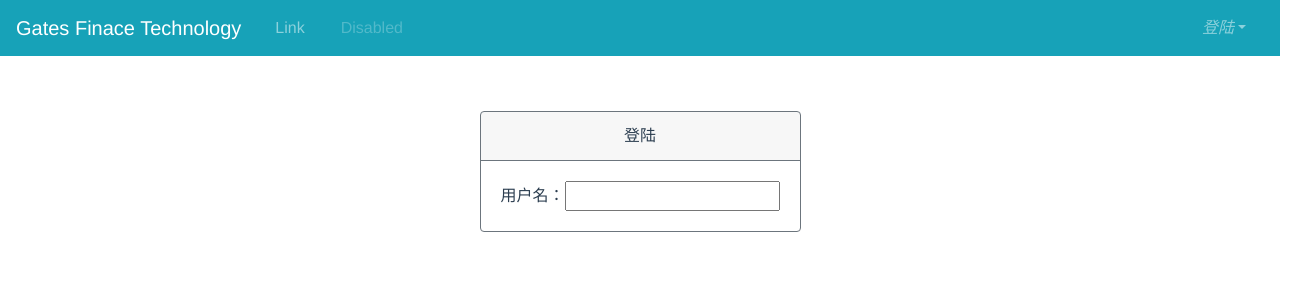
Repository: sqsssq/GatesFinace
Page: /login (app in webview/)
The author's editor kept a copy of each file at every save. The page is drawn from the files as they stood at one save, then again after the next save.
The browser window is 1280 px wide. The page is 1295 px wide, so the pictures cover 1295 px, including what lies to the right of the window. The pictures show the whole page.
The project was rebuilt for these pictures with package versions that can differ from the ones it lists, and the page was loaded fresh each time. Also part of the build but not shown: webview/src/components/HelloWorld.vue, webview/src/views/Home.vue, webview/src/components/gatesCarousel.vue, webview/src/views/main.vue.

Above is the page before, as saved 2020-11-03 16:22:43.

### webview/public/index.html
<!DOCTYPE html>
<html lang="en">
  <head>
    <meta charset="utf-8">
    <meta http-equiv="X-UA-Compatible" content="IE=edge">
    <meta name="viewport" content="width=device-width,initial-scale=1.0">
    <link rel="icon" href="<%= BASE_URL %>favicon.ico">
    <title><%= htmlWebpackPlugin.options.title %></title>
    <style>
      html, body{ margin:0; height:100%; }
    </style>
  </head>
  <body>
    <noscript>
      <strong>We're sorry but <%= htmlWebpackPlugin.options.title %> doesn't work properly without JavaScript enabled. Please enable it to continue.</strong>
    </noscript>
    <div id="app"></div>
    <!-- built files will be auto injected -->
  </body>
</html>

### webview/src/main.js
import Vue from 'vue'
import App from './App.vue'
import router from './router'
import store from './store'
import ElementUI from 'element-ui'
import 'element-ui/lib/theme-chalk/index.css'
import 'element-ui/lib/theme-chalk/base.css'
import { BootstrapVue, IconsPlugin } from 'bootstrap-vue'
import 'bootstrap/dist/css/bootstrap.css'
import 'bootstrap-vue/dist/bootstrap-vue.css'

Vue.config.productionTip = false
Vue.use(ElementUI);
Vue.use(BootstrapVue);
Vue.use(IconsPlugin);

new Vue({
  router,
  store,
  render: h => h(App)
}).$mount('#app')

### webview/src/App.vue
<template>
  <div id="app">
    <!-- <div id="nav">
      <router-link to="/">Home</router-link> |
      <router-link to="/about">About</router-link>
    </div> -->
    <router-view/>
  </div>
</template>

<style lang="stylus">
#app
  font-family Avenir, Helvetica, Arial, sans-serif
  -webkit-font-smoothing antialiased
  -moz-osx-font-smoothing grayscale
  text-align center
  color #2c3e50
  margin-top 0px
  height 100%
</style>

### webview/src/router/index.js
import Vue from 'vue'
import VueRouter from 'vue-router'
import Home from '../views/Home.vue'
import Main from '../views/main.vue'
import Login from '../views/login.vue'

Vue.use(VueRouter)

const routes = [
  {
    path: '/',
    name: 'Home',
    component: Home
  },
  {
    path: '/about',
    name: 'About',
    // route level code-splitting
    // this generates a separate chunk (about.[hash].js) for this route
    // which is lazy-loaded when the route is visited.
    component: () => import(/* webpackChunkName: "about" */ '../views/About.vue')
  },
  {
    path: '/main',
    name: 'Main',
    component: Main
  },
  {
    path: '/login',
    name: 'Login',
    component: Login
  }
]

const router = new VueRouter({
  mode: 'history',
  base: process.env.BASE_URL,
  routes
})

export default router

### webview/src/views/login.vue
<!--
 * @Author: your name
 * @Date: 2020-11-01 17:40:45
 * @LastEditTime: 2020-11-03 08:31:04
 * @LastEditors: Please set LastEditors
 * @Description: In User Settings Edit
 * @FilePath: \webview\src\views\main.vue
-->
<template>
  <div class="container-fiuled" style="height: 100%;">
    <!-- <img alt="Vue logo" src="../assets/logo.png"> -->
    <!-- <HelloWorld msg="Welcome to Your Vue.js App" style="height:100%"/> -->
    <gatesNavbar />
    <div class="row" style="margin-top: 5px;">
      <div class="col"  style="padding-left: 0px; padding-right: 0px;">
      </div>
      <gatesLogin style="margin-top: 50px;"/>
      <div class="col"  style="padding-left: 0px; padding-right: 0px;">
      </div>
    </div>
  </div>
</template>

<script>
// @ is an alias to /src
import HelloWorld from '@/components/HelloWorld.vue'
import gatesNavbar from '@/components/gatesNavbar.vue'
import gatesLogin from '@/components/gatesLogin.vue'

export default {
  name: 'Home',
  components: {
    gatesNavbar,
    gatesLogin
  }
}
</script>

### webview/src/components/gatesNavbar.vue
<!--
 * @Author: your name
 * @Date: 2020-10-31 09:19:12
 * @LastEditTime: 2020-11-03 08:32:14
 * @LastEditors: Please set LastEditors
 * @Description: In User Settings Edit
 * @FilePath: \webview\src\components\HelloWorld.vue
-->
<template>
  <div>
    <b-navbar
      toggleable="lg"
      type="dark"
      variant="info"
    >
      <b-navbar-brand href="/main">Gates Finace Technology</b-navbar-brand>

      <b-navbar-toggle target="nav-collapse"></b-navbar-toggle>

      <b-collapse
        id="nav-collapse"
        is-nav
      >
        <b-navbar-nav>
          <b-nav-item href="#">Link</b-nav-item>
          <b-nav-item
            href="#"
            disabled
          >Disabled</b-nav-item>
        </b-navbar-nav>

        <!-- Right aligned nav items -->
        <b-navbar-nav class="ml-auto">
          <!-- <b-nav-form style="padding-top: 2px">
            <b-form-input
              size="sm"
              class="mr-sm-2"
              placeholder="Search"
            ></b-form-input>
            <b-button
              size="sm"
              class="my-2 my-sm-0"
              type="submit"
            >Search</b-button>
          </b-nav-form> -->

          <!-- <b-nav-item-dropdown text="Lang" right>
          <b-dropdown-item href="#">EN</b-dropdown-item>
          <b-dropdown-item href="#">ES</b-dropdown-item>
          <b-dropdown-item href="#">RU</b-dropdown-item>
          <b-dropdown-item href="#">FA</b-dropdown-item>
        </b-nav-item-dropdown> -->

          <b-nav-item-dropdown right>
            <!-- Using 'button-content' slot -->
            <template #button-content>
              <em>{{username == '' ? '登陆' : username}}</em>
            </template>
            <b-dropdown-item href="/login">登陆</b-dropdown-item>
            <b-dropdown-item href="#">注册</b-dropdown-item>
            <b-dropdown-item href="#">登出</b-dropdown-item>
          </b-nav-item-dropdown>
        </b-navbar-nav>
      </b-collapse>
    </b-navbar>
  </div>
</template>

<script>
import axios from 'axios';
export default {
  name: 'gatesNavbar',
  // props: {
  //   msg: String
  // }
  data () {
    return {
      username: ''
    }
  },
  methods: {
  },
  created () {
    // console.log(2);
    // this.getmsg();
  },
  mounted () {

    // this.createLogo();
  }
}
</script>

<!-- Add "scoped" attribute to limit CSS to this component only -->
<style scoped lang="stylus">
h3 {
  letter-spacing: 3px;
  color: #fff;
  font-weight: 500;
  margin-bottom: 10px;
  margin-top: 10px;
  font-size: 15px;
}

h2 {
  margin-top: 10px;
  color: #fff;
  letter-spacing: 10px;
  // font-size: 40px
  font-size: 20px;
}

ul {
  list-style-type: none;
  padding: 0;
}

li {
  display: inline-block;
  margin: 0 10px;
}

a {
  color: #42b983;
}
</style>

### webview/src/components/gatesLogin.vue
<!--
 * @Author: your name
 * @Date: 2020-10-31 09:19:12
 * @LastEditTime: 2020-11-03 08:32:14
 * @LastEditors: Please set LastEditors
 * @Description: In User Settings Edit
 * @FilePath: \webview\src\components\HelloWorld.vue
-->
<template>
  <div>
    <b-card
        border-variant="secondary"
        header="登陆"
        header-border-variant="secondary"
        align="center"
      >
        <!-- <b-card-text>Lorem ipsum dolor sit amet, consectetur adipiscing elit.</b-card-text> -->
        用户名：<input>
      </b-card>

  </div>
</template>

<script>
import axios from 'axios';
export default {
  name: 'gatesLogin',
  // props: {
  //   msg: String
  // }
  data () {
    return {
      username: ''
    }
  },
  methods: {
  },
  created () {
    // console.log(2);
    // this.getmsg();
  },
  mounted () {

    // this.createLogo();
  }
}
</script>

<!-- Add "scoped" attribute to limit CSS to this component only -->
<style scoped lang="stylus">

</style>

Loaded but not shown: webview/src/store/index.js (common file)

After the next save:
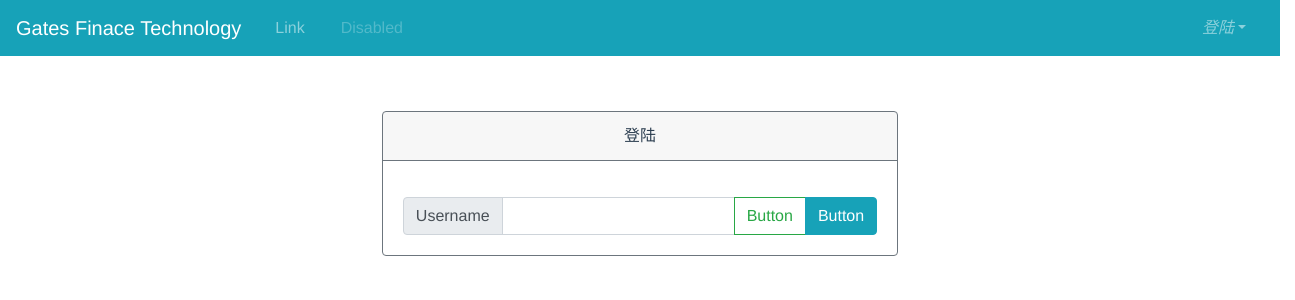
Saved 100 s later.
--- a/webview/src/components/gatesLogin.vue
+++ b/webview/src/components/gatesLogin.vue
@@ -9,14 +9,23 @@
 <template>
   <div>
     <b-card
-        border-variant="secondary"
-        header="登陆"
-        header-border-variant="secondary"
-        align="center"
+      border-variant="secondary"
+      header="登陆"
+      header-border-variant="secondary"
+      align="center"
+    >
+      <!-- <b-card-text>Lorem ipsum dolor sit amet, consectetur adipiscing elit.</b-card-text> -->
+      <b-input-group
+        prepend="Username"
+        class="mt-3"
       >
-        <!-- <b-card-text>Lorem ipsum dolor sit amet, consectetur adipiscing elit.</b-card-text> -->
-        用户名：<input>
-      </b-card>
+        <b-form-input></b-form-input>
+        <b-input-group-append>
+          <b-button variant="outline-success">Button</b-button>
+          <b-button variant="info">Button</b-button>
+        </b-input-group-append>
+      </b-input-group>
+    </b-card>
 
   </div>
 </template>
@@ -47,6 +56,4 @@ export default {
 </script>
 
 <!-- Add "scoped" attribute to limit CSS to this component only -->
-<style scoped lang="stylus">
-
-</style>
+<style scoped lang="stylus"></style>
